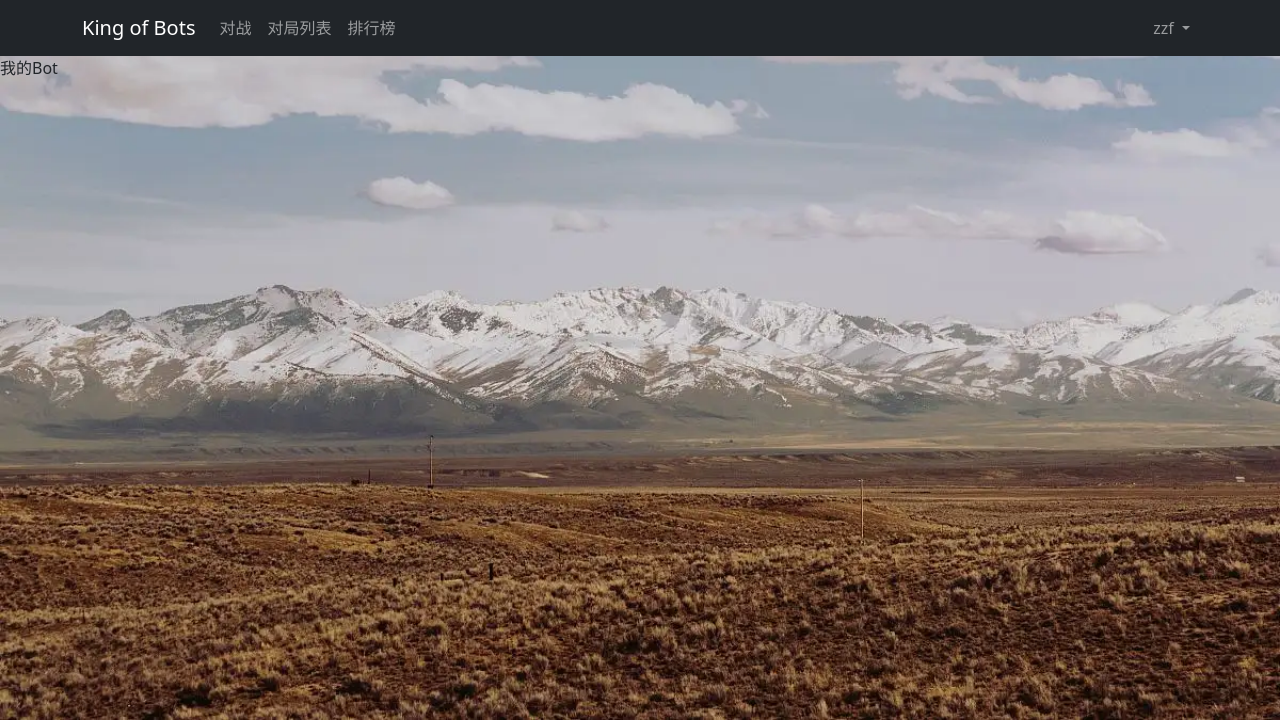
Repository: Chasingwind-Z/Kob
Page: /user/bot/ (app in web/)
These files come from the project's save history. The page is drawn as it stood at one moment and after the next save; the edit follows.
The browser window is 1280 px wide. The pictures show the whole page.
The project was rebuilt for these pictures with package versions that can differ from the ones it lists, and the page was loaded fresh each time. Also part of the build but not shown: web/vue.config.js, web/src/views/pk/PkIndexView.vue, web/src/views/record/RecordIndexView.vue, web/src/views/ranklist/RanklistIndexView.vue, web/src/views/error/NotFound.vue.

Above is the page before, as saved 2023-02-09 21:02:04.

### web/src/App.vue
<template>
  <NavBar />
  <router-view />
</template>

<script>
import NavBar from "./components/NavBar.vue";
import "bootstrap/dist/css/bootstrap.min.css";
import "bootstrap/dist/js/bootstrap";

export default {
  components: {
    NavBar,
  },
};
</script>

<style>
body {
  background-image: url("@/assets/background.png");
  background-size: cover;
}
</style>

### web/src/router/index.js
import { createRouter, createWebHistory } from "vue-router";
import PkIndexView from "../views/pk/PkIndexView";
import RecordIndexView from "../views/record/RecordIndexView";
import RanklistIndexView from "../views/ranklist/RanklistIndexView";
import UserBotIndexView from "../views/user/bot/UserBotIndexView";
import NotFound from "../views/error/NotFound";

const routes = [
  {
    path: "/",
    name: "home",
    redirect: "/pk/",
  },
  {
    path: "/pk/",
    name: "pk_index",
    component: PkIndexView,
  },
  {
    path: "/record/",
    name: "record_index",
    component: RecordIndexView,
  },
  {
    path: "/ranklist/",
    name: "ranklist_index",
    component: RanklistIndexView,
  },
  {
    path: "/user/bot/",
    name: "user_bot_index",
    component: UserBotIndexView,
  },
  {
    path: "/404/",
    name: "404",
    component: NotFound,
  },
  {
    path: "/:catchAll(.*)",
    redirect: "/404",
  },
];

const router = createRouter({
  history: createWebHistory(),
  routes,
});

export default router;

### web/src/components/NavBar.vue
<template>
  <nav class="navbar navbar-expand-lg navbar-dark bg-dark">
    <div class="container">
      <router-link class="navbar-brand" :to="{ name: 'home' }"
        >King of Bots</router-link
      >
      <div class="collapse navbar-collapse" id="navbarText">
        <ul class="navbar-nav me-auto mb-2 mb-lg-0">
          <li class="nav-item">
            <router-link class="nav-link" :to="{ name: 'pk_index' }"
              >对战</router-link
            >
          </li>
          <li class="nav-item">
            <router-link class="nav-link" :to="{ name: 'record_index' }"
              >对局列表</router-link
            >
          </li>
          <li class="nav-item">
            <router-link class="nav-link" :to="{ name: 'ranklist_index' }"
              >排行榜</router-link
            >
          </li>
        </ul>
        <ul class="navbar-nav">
          <li class="nav-item dropdown">
            <a
              class="nav-link dropdown-toggle"
              href="#"
              role="button"
              data-bs-toggle="dropdown"
              aria-expanded="false"
            >
              zzf
            </a>
            <ul class="dropdown-menu">
              <router-link
                class="dropdown-item"
                :to="{ name: 'user_bot_index' }"
                >我的Bot</router-link
              >
              <li><hr class="dropdown-divider" /></li>
              <li><a class="dropdown-item" href="#">退出</a></li>
            </ul>
          </li>
        </ul>
      </div>
    </div>
  </nav>
</template>

<script></script>

<style scoped></style>

### web/src/views/user/bot/UserBotIndexView.vue
<template>
  <div>我的Bot</div>
</template>

<script></script>

<style scoped></style>

### web/src/components/ContentField.vue
<template>
  <div class="container">
    <div class="card">
      <div class="card-body">
        <slot></slot>
      </div>
    </div>
  </div>
</template>

<script></script>

<style scoped></style>

Loaded but not shown: web/public/index.html (common file); web/src/main.js (common file); web/src/store/index.js (common file)

After the next save:
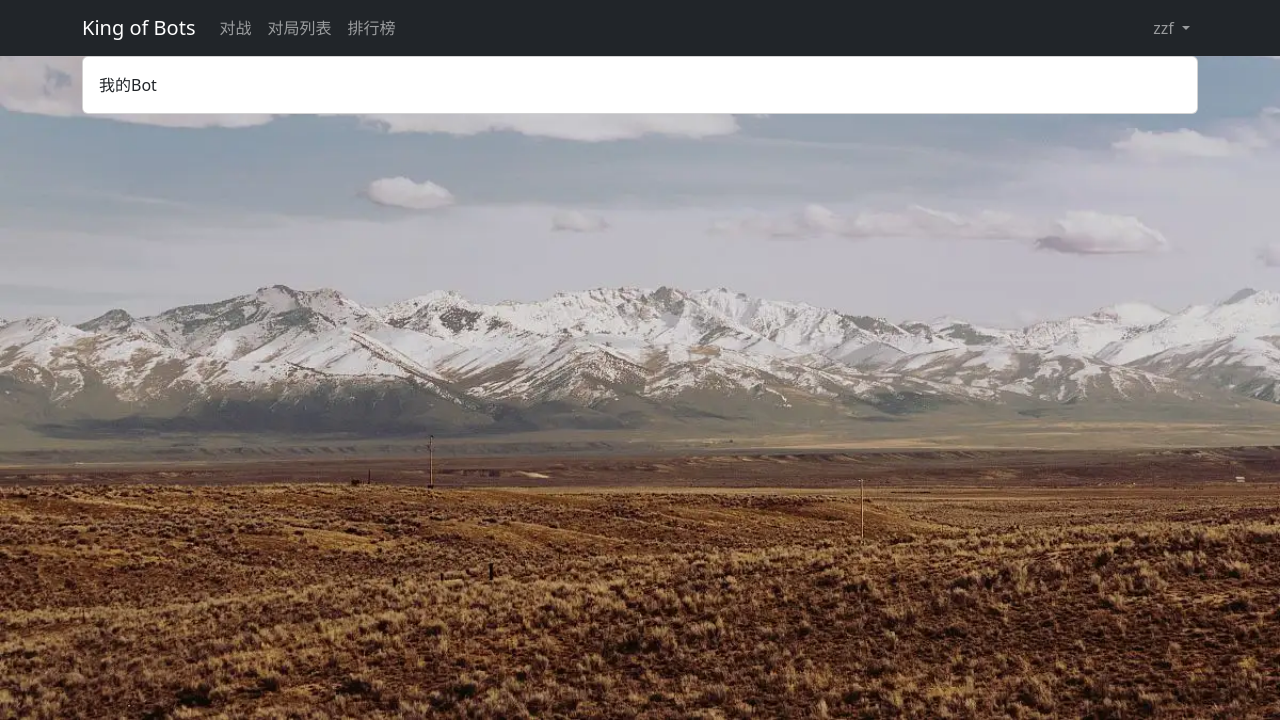
Saved 13 s later.
--- a/web/src/views/user/bot/UserBotIndexView.vue
+++ b/web/src/views/user/bot/UserBotIndexView.vue
@@ -1,7 +1,15 @@
 <template>
-  <div>我的Bot</div>
+  <ContentField> 我的Bot </ContentField>
 </template>
 
-<script></script>
+<script>
+import ContentField from "../../../components/ContentField.vue";
+
+export default {
+  components: {
+    ContentField,
+  },
+};
+</script>
 
 <style scoped></style>
